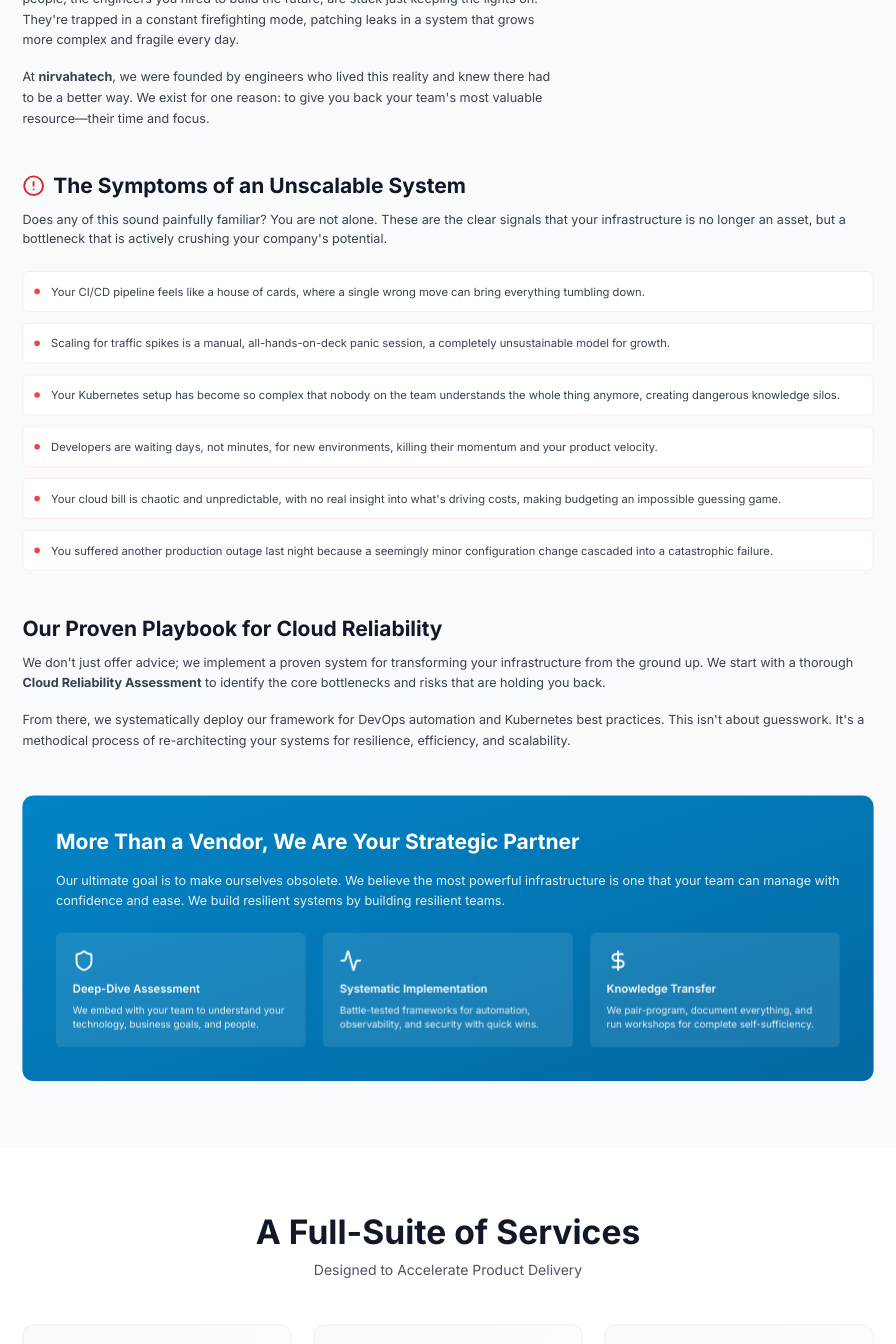
Repository: nirvaha-tech/nirva-monorepo
Page: / (app in frontend/)
The author's editor kept a copy of each file at every save. The page is drawn from the files as they stood at one save, then again after the next save.
The browser window is 1280 px wide. The pictures show the part of the page from y = 1546 to 3466 px (the page is 6435 px tall before and 5803 px after), at 70% of full size.
The project was rebuilt for these pictures with package versions that can differ from the ones it lists, and the page was loaded fresh each time. The framework's server and built-in components were replaced by stand-ins that run in the browser. Also part of the build but not shown: frontend/next.config.js.

Above is the page before, as saved 2025-11-14 22:45:23.

After the next save:
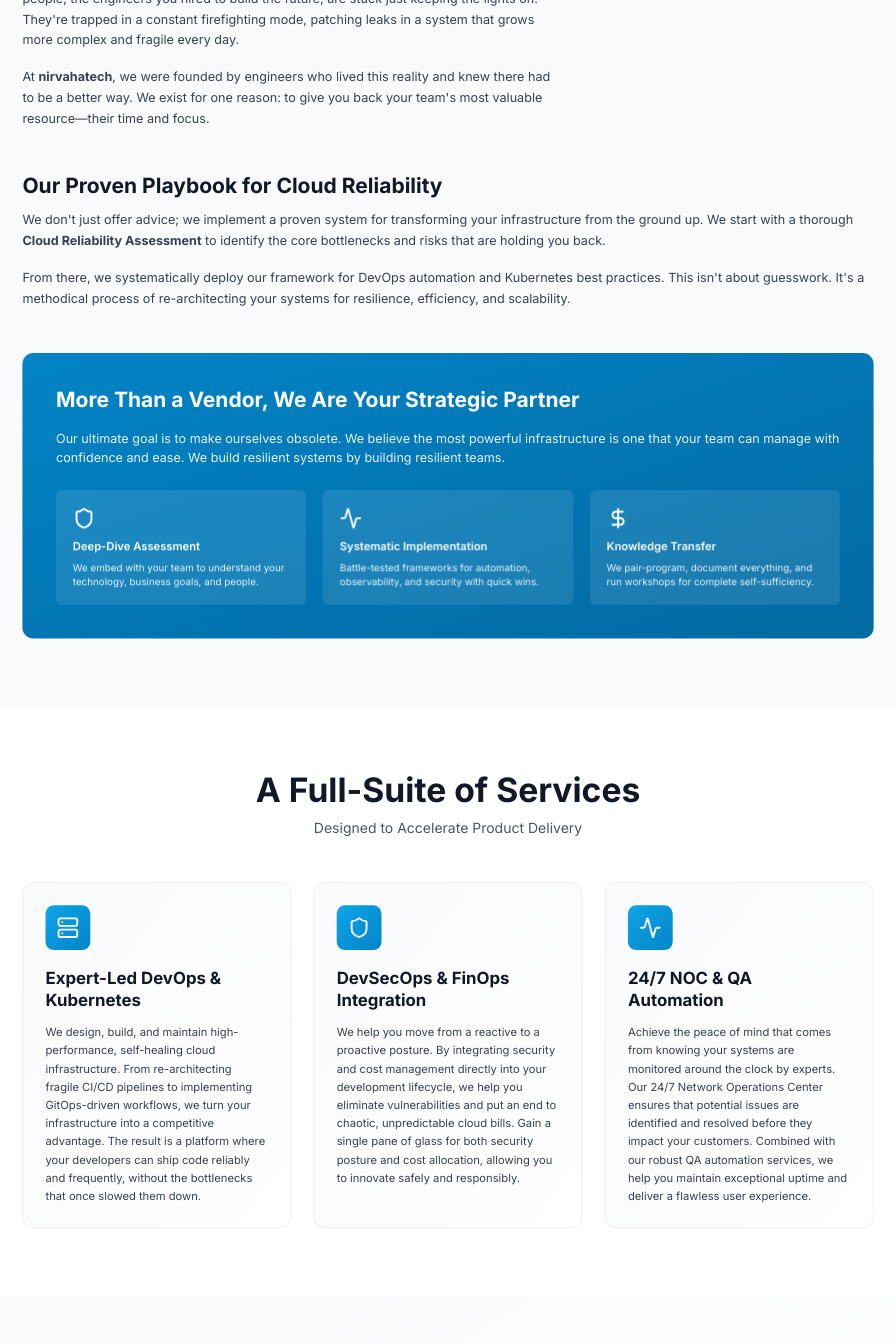
Saved 26 s later.
--- a/frontend/src/components/About.tsx
+++ b/frontend/src/components/About.tsx
@@ -1,15 +1,6 @@
-import { AlertCircle, Activity, DollarSign, Shield } from "lucide-react";
+import { Activity, DollarSign, Shield } from "lucide-react";
 
 export function About() {
-  const symptoms = [
-    "Your CI/CD pipeline feels like a house of cards, where a single wrong move can bring everything tumbling down.",
-    "Scaling for traffic spikes is a manual, all-hands-on-deck panic session, a completely unsustainable model for growth.",
-    "Your Kubernetes setup has become so complex that nobody on the team understands the whole thing anymore, creating dangerous knowledge silos.",
-    "Developers are waiting days, not minutes, for new environments, killing their momentum and your product velocity.",
-    "Your cloud bill is chaotic and unpredictable, with no real insight into what's driving costs, making budgeting an impossible guessing game.",
-    "You suffered another production outage last night because a seemingly minor configuration change cascaded into a catastrophic failure.",
-  ];
-
   return (
     <section id="about-section" className="py-16 md:py-24 bg-gray-50">
       <div className="max-w-7xl mx-auto px-4 sm:px-6 lg:px-8">
@@ -34,31 +25,6 @@ export function About() {
             for one reason: to give you back your team&apos;s most valuable
             resource—their time and focus.
           </p>
-        </div>
-
-        {/* Symptoms Section */}
-        <div className="mb-16">
-          <h3 className="text-2xl md:text-3xl font-bold text-gray-900 mb-4 flex items-center">
-            <AlertCircle className="mr-3 text-red-600" size={32} />
-            The Symptoms of an Unscalable System
-          </h3>
-          <p className="text-lg text-gray-700 mb-8">
-            Does any of this sound painfully familiar? You are not alone. These
-            are the clear signals that your infrastructure is no longer an
-            asset, but a bottleneck that is actively crushing your
-            company&apos;s potential.
-          </p>
-          <div className="space-y-4">
-            {symptoms.map((symptom, index) => (
-              <div
-                key={index}
-                className="flex items-start p-4 bg-white rounded-lg border border-red-100 hover:border-red-300 transition-colors"
-              >
-                <div className="w-2 h-2 rounded-full bg-red-500 mt-2 mr-4 flex-shrink-0"></div>
-                <p className="text-gray-700">{symptom}</p>
-              </div>
-            ))}
-          </div>
         </div>
 
         {/* Our Playbook */}
